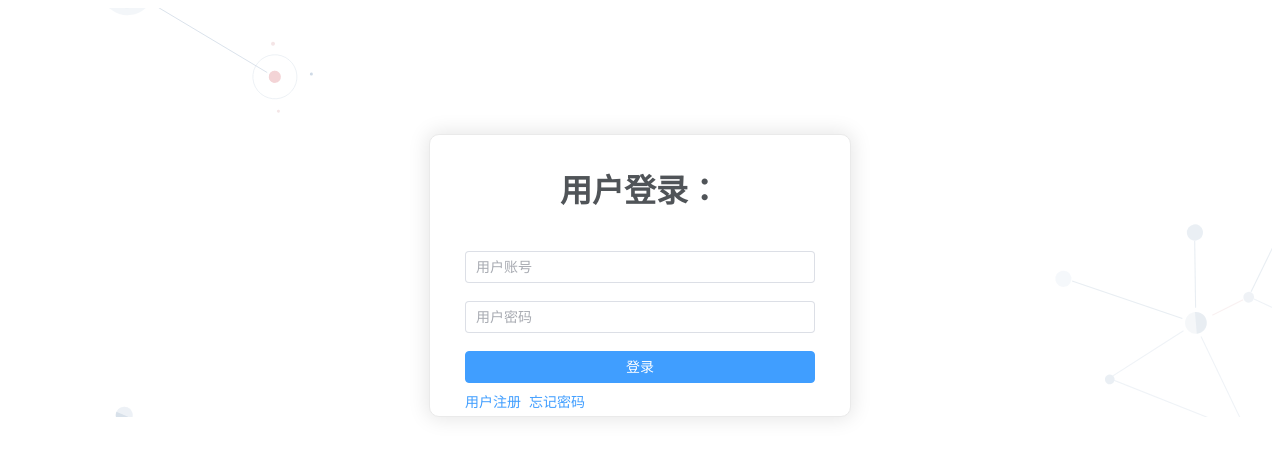
Repository: keyhhh/allinthememoryV1.0
Page: /
The author's editor kept a copy of each file at every save. The page is drawn from the files as they stood at one save, then again after a run of saves.
The browser window is 1280 px wide. The pictures show the whole page.
The project was rebuilt for these pictures with package versions that can differ from the ones it lists, and the page was loaded fresh each time. Also part of the build but not shown: vue.config.js, src/components/home/homeLeft/HomeSearch.vue, src/components/common/BackToTop.vue, src/components/home/homeLeft/HomeLeft.vue, src/components/home/homeCenter/HomeCenterCenter.vue, src/components/home/homeCenter/HomeCenter.vue, src/components/home/homeRight/HomeButtonLink.vue, src/components/home/homeRight/HomeRight.vue and 12 more. Imported but missing from the stored project, and not drawn on this page: src/components/home/homeCenter/《你从未离去》.mp4.

Above is the page before, as saved 2023-05-02 16:06:43.

### src/main.js
import { createApp } from 'vue'
import App from './App.vue'
import router from './router'
import store from './store'
//dadadaddada
import Antd from 'ant-design-vue';
// import 'ant-design-vue/dist/antd.css';

// import ViewUIPlus from 'view-ui-plus'
// import 'view-ui-plus/dist/styles/viewuiplus.css'
// .use(ViewUIPlus)

import ElementPlus from 'element-plus'
import 'element-plus/dist/index.css'
// .use(ElementPlus)



createApp(App).use(ElementPlus).use(Antd).use(store).use(router).mount('#app')

### src/App.vue
<template>
  <div>
    <router-view />
  </div>
</template>

<script>
// import { test } from "@/axios/home";

import { reactive } from "vue";

export default {
  setup() {
    let result = reactive([]);

    // test().then((res) => {
    //   console.log("@@@@@@@@@res.data.data=", res.data.data);
    //   console.log("@@@@@@@@@res.data=", res.data);
    //   console.log("@@@@@@@@@res=", res);
    //   result.push(res.data)
    // });

    return { result };
  },
  mounted() {

  },
};
</script>



<style>
</style>

### src/router/index.js
//createWebHashHistory：代表着使用hash模式，，，，createWebHistory：history模式
import { createRouter, createWebHistory } from 'vue-router'

import LoginView from '../views/LoginView.vue'//登录
import RegisterView from '../views/RegisterView.vue'//注册
import HomeView from '../views/HomeView.vue'
import PublicView from '../views/PublicView.vue'
import HelpView from '../views/HelpView.vue'
import CapsuleView from '../views/CapsuleView.vue'
import CollectivityView from '../views/CollectivityView.vue'

import HelpCenter from '../components/help/helpCenter/HelpCenter.vue' //全部求助
import HelpDatailMsg from '../components/help/helpCenter/HelpDatailMsg.vue'//求助内容详情

import CapsuleCenterList from '../components/capsule/capsuleCenter/CapsuleCenterList.vue' //centerAll
import CapsuleLeftDefault from '../components/capsule/capsuleLeft/CapsuleLeftDefault.vue' //left default
import CapsuleOpenedMsg from '../components/capsule/capsuleCenter/CapsuleOpenedMsg.vue' //centerOne
import CapsuleLeftExplicit from '../components/capsule/capsuleLeft/CapsuleLeftExplicit.vue' //left explicit

import CollectivityMain from '../components/collectivity/CollectivityMain.vue'
import collectivityDetail from '../components/collectivity/CollectivityDetail.vue'
const routes = [
  {// 登录
    path: '/',
    name: 'login',
    component: LoginView,
    meta: { requireAuthToLogin: true }
  },
  {// 注册
    path: '/register',
    name: 'register',
    component: RegisterView,
    meta: { requireAuth: true }
  },


  {// 主界面路由,我的记录界面
    path: '/home',
    name: 'home',
    component: HomeView,
    meta: { requireAuth: true }
  },

  {// 公开记录界面
    path: '/public',
    name: 'public',
    component: PublicView,
    meta: { requireAuth: true }
  },

  {// 求助信息界面路由
    path: '/help',
    name: 'help',
    // component: () => import(/* webpackChunkName: "help" */ '../views/HelpView.vue'),
    component: HelpView,
    meta: { requireAuth: true },
    children: [
      {
        path: '',
        name: 'helpAll',
        component: HelpCenter,
        meta: { requireAuth: true }
      },
      {
        path: 'detail',
        name: 'helpDetail',
        component: HelpDatailMsg,
        meta: { requireAuth: true }
      }
    ]
  },

  {// 记忆胶囊界面路由
    /*
      capsuleLeft: CapsuleLeftDefault,
      capsuleCenter: CapsuleCenterList
      */
    path: '/capsule',
    name: 'capsule',
    component: CapsuleView,
    meta: { requireAuth: true },
    children: [
      {
        path: '',
        name: 'capsuleAll',
        components: {
          capsuleLeft: CapsuleLeftDefault,
          capsuleCenter: CapsuleCenterList,
          meta: { requireAuth: true }
        }
      },
      {
        path: 'detail',
        name: 'capsuleDetail',
        components: {
          capsuleLeft: CapsuleLeftExplicit,
          capsuleCenter: CapsuleOpenedMsg,
          meta: { requireAuth: true }
        }
      }
    ]
  },

  {//集体记忆界面路由
    path: '/collectivity',
    name: 'collectivity',
    component: CollectivityView,
    meta: { requireAuth: true },
    children: [
      {
        path: '',
        name: 'CollectivityAll',
        component: CollectivityMain,
        meta: { requireAuth: true }
      },
      {
        path: 'detail',
        name: 'CollectivityDetail',
        component: collectivityDetail,
        meta: { requireAuth: true }
      }
    ]
  }
]

const router = createRouter({
  history: createWebHistory(),
  routes
})

router.beforeEach((to, from, next) => {

  /*如果本地 存在 token 则 不允许直接跳转到 登录页面*/
  if (to.meta.requireAuthToLogin) {
    console.log("第二个判断", "from:", from.fullPath, "@", "to:", to.fullPath);
    if (localStorage.getItem('userInfo')) {
      console.log("第二个判断进来了");
      next({
        path: '/home'
      });
    } else {
      // 判断该路由是否需要登录权限
      if (to.meta.requireAuth) {
        //判断本地是否存在access_token
        if (localStorage.getItem('userInfo')) {
          next();
        } else {
          if (to.path === '/' || to.path === '/register') {
            console.log("第一个判断2", "from:", from.fullPath, "@", "to:", to.fullPath);
            next();
          } else {
            console.log("第一个判断3", "from:", from.fullPath, "@", "to:", to.fullPath);
            alert('请先进行登录！')
            next({
              path: '/'
            })
          }
        }
      }
      else {
        next();
      }
    }
  }
});


export default router

### src/store/index.js
import { createStore } from 'vuex'

export default createStore({
  state: {
    //登陆用户的数据
    loginUser: {}
  },
  getters: {
  },
  actions: {
    // changeWhichPage(context,value){//用来判断界面右侧出现那三个按钮
    //   context.commit('CHANGEWHICHPAGE',value)
    // }
  },
  mutations: {
    // CHANGEWHICHPAGE(state,value){//用来判断界面右侧出现那三个按钮
    //   state.whichPage = value
    // }
    //存储登录用户的数据
    SetLoginUser(context,value) { context.loginUser = value }


  },

  modules: {
  }
})

### src/views/LoginView.vue

---------------Login.vue----------------
<template>
  <div class="login-wrap">
    <el-form class="login-container">
      <h1 class="title">用户登录：</h1>
      <el-form-item>
        <el-input
          type="text"
          placeholder="用户账号"
          v-model="account"
          autocomplete="off"
        ></el-input>
      </el-form-item>
      <el-form-item>
        <el-input
          type="password"
          placeholder="用户密码"
          v-model="password"
          autocomplete="off"
        ></el-input>
      </el-form-item>
      <el-form-item>
        <el-button type="primary" @click="doLogin" style="width: 100%"
          >登录</el-button
        >
      </el-form-item>
      <el-row style="text-align: center; margin-top: -10px">
        <el-link type="primary" @click="toRegister">用户注册</el-link>
        <el-link type="primary">忘记密码</el-link>
      </el-row>
    </el-form>
  </div>
</template>

<script>
//引入登录api
import { login } from "@/axios/home";

import { useRouter } from "vue-router";
import { useStore } from "vuex";

import { ElMessage } from "element-plus"; //elementui
export default {
  name: "LoginView",
  data: function () {
    return {
      account: "",
      password: "",
      router: useRouter(),
      store: useStore(),
    };
  },
  methods: {
    doLogin: function () {
      let account = this.account;
      let password = this.password;
      let user = {
        account,
        password,
      };
      if (account === "" || password === "") {
        ElMessage.error("请输入");
      } else {
        login(user).then((res) => {
          //账号密码正确，那就把这个用户的关键信息放在vuex中
          if (res.data.code === 1) {
            //第一步：设置localstorage
            const userMessage = res.data.data;
            localStorage.setItem("userInfo", userMessage.userId);
            //第二步：向vuex存储用户数据
            console.log(res.data.data, "-----------------", userMessage),
              this.$store.commit("SetLoginUser", userMessage);
            //第三步：跳转到主界面
            this.router.push({
              path: "/home",
            });
          } else {
            ElMessage.error(res.data.msg);
          }
        });
      }
    },
    toRegister: function () {
      this.$router.push("/register");
    },

  },
};
</script>

<style scoped>
.login-wrap {
  box-sizing: border-box;
  width: 100%;
  height: 100%;
  padding-top: 10%;
  background-image: url(data:[embedded picture, 11926 characters]);
  /* background-color: #112346; */
  background-repeat: no-repeat;
  background-position: center right;
  background-size: 100%;
}

.login-container {
  border-radius: 10px;
  margin: 0px auto;
  width: 350px;
  padding: 30px 35px 15px 35px;
  background: #fff;
  border: 1px solid #eaeaea;
  text-align: left;
  box-shadow: 0 0 20px 2px rgba(0, 0, 0, 0.1);
}

.title {
  margin: 0px auto 40px auto;
  text-align: center;
  color: #505458;
}
</style>

### src/views/RegisterView.vue
---------------Register.vue----------------
<template>
  <div class="login-wrap">
    <el-form class="login-container">
      <h1 class="title">用户注册：</h1>
      <el-form-item>
        <el-input
          type="number"
          placeholder="用户账号"
          v-model="account"
          autocomplete="off"
        ></el-input>
      </el-form-item>
      <el-form-item>
        <el-input
          type="text"
          placeholder="用户名"
          v-model="userName"
          autocomplete="off"
        ></el-input>
      </el-form-item>
      <el-form-item>
        <el-radio-group v-model="gender">
          <el-radio :label="true" size="large">男</el-radio>
          <el-radio :label="false" size="large">女</el-radio>
        </el-radio-group>
      </el-form-item>
      <el-form-item>
        <el-input
          type="password"
          placeholder="用户密码"
          v-model="password"
          autocomplete="off"
        ></el-input>
      </el-form-item>
      <el-form-item>
        <el-input
          type="password"
          placeholder="确认密码"
          v-model="password1"
          autocomplete="off"
        ></el-input>
      </el-form-item>
      <el-form-item>
        <el-button type="primary" @click="doRegister" style="width: 48%"
          >注册</el-button
        >
        <el-button type="primary" @click="toLogin" style="width: 48%"
          >返回登录</el-button
        >
      </el-form-item>
    </el-form>
  </div>
</template>

<script>
import { useRouter } from "vue-router";
import { useStore } from "vuex";

import { register } from "@/axios/home"; //引入api

import { ElMessage } from "element-plus"; //elementui
export default {
  name: "RegisterView",
  data: function () {
    return {
      account: "",
      userName: "",
      password: "",
      password1: "",
      router: useRouter(),
      store: useStore(),
      gender: true, //true是男、false是女
    };
  },
  methods: {
    doRegister: function () {
      let account = this.account;
      let userName = this.userName;
      let gender = this.gender;
      let password = this.password;
      let password1 = this.password1;
      let user = {
        account,
        userName,
        gender,
        password,
      };
      let regAccount = /^[0-9]{6,12}$/; //正则表达式，6-12位数字
      let regPassword = /^(?=.*[A-Z])(?=.*[a-z])(?=.*\d)[A-Za-z\d]{8,16}$/; //密码长度8-16个字符，至少各一个大、小写字母，一个数字
      //第一步：判断是否输入空值
      if (
        account === "" ||
        password === "" ||
        password1 === "" ||
        userName === ""
      ) {
        ElMessage.error("请输入");
      }
      //第二步：检测用户名密码是否合法
      else if (!regAccount.test(account)) {
        ElMessage.error("用户名为6-12位数字");
      } else if (!regPassword.test(password)) {
        ElMessage.error("密码长度8-16个字符，至少各一个大、小写字母，一个数字");
      }
      //第三步：判断两次密码一致不
      else if (password != password1) {
        ElMessage.error("两次密码不一致");
      }
      //第三步：检测账号
      register(user).then((res) => {
        if (res.data.code) {
          console.log("6");
        }
      });
    },
    toLogin: function () {
      this.$router.push("/");
    },
  },
};
</script>

<style>
.login-wrap {
  box-sizing: border-box;
  width: 100%;
  height: 100%;
  padding-top: 10%;
  background-image: url(data:[embedded picture, 11926 characters]);
  /* background-color: #112346; */
  background-repeat: no-repeat;
  background-position: center right;
  background-size: 100%;
}

.login-container {
  border-radius: 10px;
  margin: 0px auto;
  width: 350px;
  padding: 30px 35px 15px 35px;
  background: #fff;
  border: 1px solid #eaeaea;
  text-align: left;
  box-shadow: 0 0 20px 2px rgba(0, 0, 0, 0.1);
}

.title {
  margin: 0px auto 40px auto;
  text-align: center;
  color: #505458;
}
</style>

### src/views/HomeView.vue
<template>
  <el-row :gutter="20">
    <!-- /**home-left
       span:栅格占据的列数
       */ -->
    <el-col :span="4" id="home-left">
      <!-- <div class="grid-content ep-bg-purple" /> -->
      <HomeLeft id="home-left-search" />
    </el-col>

    <!-- /**home-center */ -->
    <el-col :span="15" id="home-center">
      <!-- <div class="grid-content ep-bg-purple" /> -->
      <HomeCenter />
    </el-col>

    <!-- /**home-rignt */ -->
    <el-col :span="5" id="home-right" style="padding:0">
      <!-- <div class="grid-content ep-bg-purple" /> -->
      <HomeRight />
    </el-col>
  </el-row>
</template>

<script >
/**left */
import HomeLeft from "../components/home/homeLeft/HomeLeft.vue";

/**center */
import HomeCenter from "../components/home/homeCenter/HomeCenter.vue";

/**right */
import HomeRight from "../components/home/homeRight/HomeRight.vue";

// import { defineComponent, ref } from "vue";
// import { useStore } from 'vuex'
export default {
  name: "HomeView",
  components: {
    HomeLeft,
    HomeCenter,
    HomeRight,
  },
  setup(){
    // const store = useStore()
    // store.dispatch('changeWhichPage',0)
  }
};
</script>

<style>

.el-row {
  margin-bottom: 20px;
  /* background-color: aqua; */
}
.el-row:last-child {
  margin-bottom: -10px;
  /* background-color: blue; */
}
.el-col {
  border-radius: 4px;
}

.grid-content {
  border-radius: 4px;
  min-height: 36px;
}

/**home-left */
#home-left {
  background-color: #F5F7FA;
}

/**home-center */
#home-center {
  /* background-color: darkgreen; */
  /* padding-bottom: 60px; */
  margin-bottom: 60px;
}

/**home-right */
#home-right {
  border-left: 1px solid #000;
  background-color:  #dedfe0;
}
</style>

### src/views/PublicView.vue
<template>
  <el-row :gutter="20">
    <!-- /**public-left     span:栅格占据的列数 */ -->
    <el-col :span="4" id="public-left">

     </el-col>

    <!-- /**public-center */ -->
    <el-col :span="15" id="public-center">
      <PublicCenter/>
    </el-col>

    <!-- /**public-rignt */ -->
    <el-col :span="5" id="public-right" style="padding: 0">
      <HomeRight></HomeRight>
    </el-col>
  </el-row>
</template>

<script>
import PublicCenter from "@/components/public/publicCenter/PublicCenter.vue"
import HomeRight from "../components/home/homeRight/HomeRight.vue";
export default {
    name:"PublicView",
    components:{HomeRight, PublicCenter},

}
</script>

<style>
.el-row {
  margin-bottom: 20px;
  /* background-color: aqua; */
}
.el-row:last-child {
  margin-bottom: -10px;
  /* background-color: blue; */
}
.el-col {
  border-radius: 4px;
}

.grid-content {
  border-radius: 4px;
  min-height: 36px;
}

/**public-left */
#public-left {
  background-color: #f5f7fa;
}

/**public-center */
#public-center {
  /* background-color: darkgreen; */
  margin-bottom: 60px;
}

/**public-right */
#public-right {
  border-left: 1px solid #000;
  background-color: #dedfe0;
}
</style>

### src/views/HelpView.vue
<template>
  <el-row :gutter="20">
    <!-- /**help-left
       span:栅格占据的列数
       */ -->
    <el-col :span="4" id="help-left">
      <!-- <div class="grid-content ep-bg-purple" /> -->
      <HelpLeft/>
    </el-col>

    <!-- /**help-center */
        路由显示点击原始求助卡片详细信息
    -->
    <el-col :span="15" id="help-center">
      <router-view/>
    </el-col>

    <!-- /**help-rignt */ -->
    <el-col :span="5" id="help-right"  style="padding:0">
      <HomeRight></HomeRight>
    </el-col>
  </el-row>
</template>

<script>

import HomeRight from "../components/home/homeRight/HomeRight.vue"
// import HelpCenter from "../components/helpCenter/HelpCenter.vue";
import HelpLeft from '@/components/help/helpLeft/HelpLeft.vue'
export default {
  name: "HelpView",
  components: {
    HelpLeft,
    // HelpCenter,
    HomeRight
  },
  setup() {

  },
};
</script>

<style >
.el-row {
  margin-bottom: 20px;
  /* background-color: aqua; */
}
.el-row:last-child {
  margin-bottom: -10px;
  /* background-color: blue; */
}
.el-col {
  border-radius: 4px;
}

.grid-content {
  border-radius: 4px;
  min-height: 36px;
}

/**help-left */
#help-left {
  background-color: #F5F7FA;
}

/**help-center */
#help-center {
  /* background-color: darkgreen; */
  margin-bottom: 60px;
}

/**help-right */
#help-right {
  border-left: 1px solid #000;
  background-color:  #dedfe0;
}
</style>

### src/views/CapsuleView.vue
<template>
  <el-row :gutter="20">
    <!-- /**capsule-left     span:栅格占据的列数 */
    路由显示点击胶囊后信息
    -->
    <el-col :span="4" id="capsule-left">
      <router-view id="capsuleLeft" name="capsuleLeft"></router-view>
     </el-col>

    <!-- /**capsule-center */ -->
    <el-col :span="15" id="capsule-center">
      <router-view id="capsuleCenter" name="capsuleCenter"></router-view>
    </el-col>

    <!-- /**capsule-rignt */ -->
    <el-col :span="5" id="capsule-right" style="padding: 0">
      <HomeRight></HomeRight>
    </el-col>
  </el-row>

</template>

  <script>


import HomeRight from "../components/home/homeRight/HomeRight.vue";
export default {
  name: "CapsuleView",
  components: {  HomeRight },
  setup() {

  },
};
</script>

<style >
.el-row {
  margin-bottom: 20px;
  /* background-color: aqua; */
}
.el-row:last-child {
  margin-bottom: -10px;
  /* background-color: blue; */
}
.el-col {
  border-radius: 4px;
}

.grid-content {
  border-radius: 4px;
  min-height: 36px;
}

/**capsule-left */
#capsule-left {
  background-color: #f5f7fa;
}

/**capsule-center */
#capsule-center {
  /* background-color: darkgreen; */
  margin-bottom: 60px;
}

/**capsule-right */
#capsule-right {
  border-left: 1px solid #000;
  background-color: #dedfe0;
}
</style>

### src/axios/home/index.js
import request from '@/axios/axios.js'

export function login (data) {
    return request({
        url: 'user/login',
        method: 'post',
        data
    })
}
export function register(data){
    return request({
        url: 'user/register',
        method: 'post',
        data
    })
}

### src/axios/axios.js
import axios from 'axios'

//创建axios实例
export default  axios.create({
    //表示公共url部分
    baseURL: 'http://localhost:8081/AIM/',
    //超时
    timeout: 10000,
    //设置Content-type，规定前后端交互使用json
    headers: { 'Content-Type': 'application/json;charset=utf-8' }

})

### src/components/home/homeRight/HomeUserinfo.vue
<template>
  <!-- 头像
    import { UserFilled } from '@element-plus/icons-vue' -->
  <div>
    <el-avatar
      :size="100"
      src="https://cube.elemecdn.com/0/88/03b0d39583f48206768a7534e55bcpng.png"
    />
    <!-- 个人信息 -->
    <div class="user-info">
      <h5>keyh</h5>
      <h5 v-show="hasPhone">1663486xxxx</h5>
      <el-link type="primary" v-show="!hasPhone">绑定电话</el-link><br v-show="!hasPhone"/>
      <h5 v-show="hasEmail">keyh2333@168.com</h5>
      <el-link type="success" v-show="!hasEmail">绑定邮箱</el-link>
    </div>
  </div>

  <!-- 个人信息 -->
</template>

<script>
import { ref } from "vue";
export default {
  setup() {
    const hasPhone = ref(false);
    const hasEmail = ref(false);

    return { hasPhone, hasEmail };
  },
};
</script>

<style >
/* 头像的样式 */
.demo-type {
  display: flex;
}
.demo-type > div {
  flex: 1;
  text-align: center;
}

.demo-type > div:not(:last-child) {
  border-right: 1px solid var(--el-border-color);
}

/* 个人信息去绑定链接的样式- */
.el-link {
  margin-right: 8px;
}
.el-link .el-icon--right.el-icon {
  vertical-align: text-bottom;
}

.user-info{
    text-align:center;
}
.user-info h5 {
  margin-bottom: 0px;
  font-size: 16px;
}
</style>

Loaded but not shown: public/index.html (common file)

After the next 3 saves:
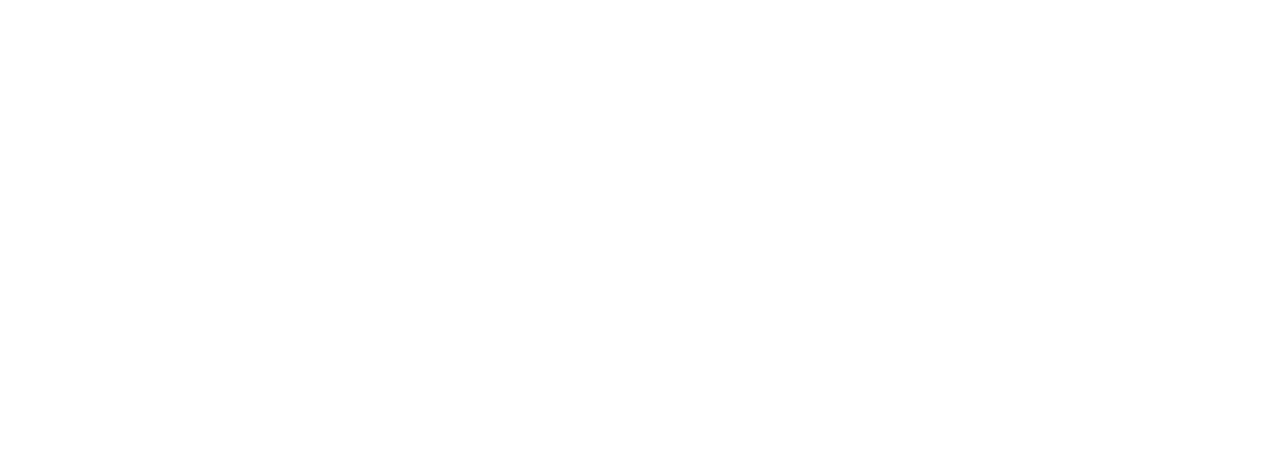
The 3 saves are shown as one change because they came seconds apart.
The last was saved 58 s later.
--- a/src/router/index.js
+++ b/src/router/index.js
@@ -138,28 +138,28 @@
       next({
         path: '/home'
       });
-    } else {
-      // 判断该路由是否需要登录权限
-      if (to.meta.requireAuth) {
-        //判断本地是否存在access_token
-        if (localStorage.getItem('userInfo')) {
+    }
+  } else {
+    // 判断该路由是否需要登录权限
+    if (to.meta.requireAuth) {
+      //判断本地是否存在access_token
+      if (localStorage.getItem('userInfo')) {
+        next();
+      } else {
+        if (to.path === '/' || to.path === '/register') {
+          console.log("第一个判断2", "from:", from.fullPath, "@", "to:", to.fullPath);
           next();
         } else {
-          if (to.path === '/' || to.path === '/register') {
-            console.log("第一个判断2", "from:", from.fullPath, "@", "to:", to.fullPath);
-            next();
-          } else {
-            console.log("第一个判断3", "from:", from.fullPath, "@", "to:", to.fullPath);
-            alert('请先进行登录！')
-            next({
-              path: '/'
-            })
-          }
+          console.log("第一个判断3", "from:", from.fullPath, "@", "to:", to.fullPath);
+          alert('请先进行登录！')
+          next({
+            path: '/'
+          })
         }
       }
-      else {
-        next();
-      }
+    }
+    else {
+      next();
     }
   }
 });

After the 4 saves that followed:
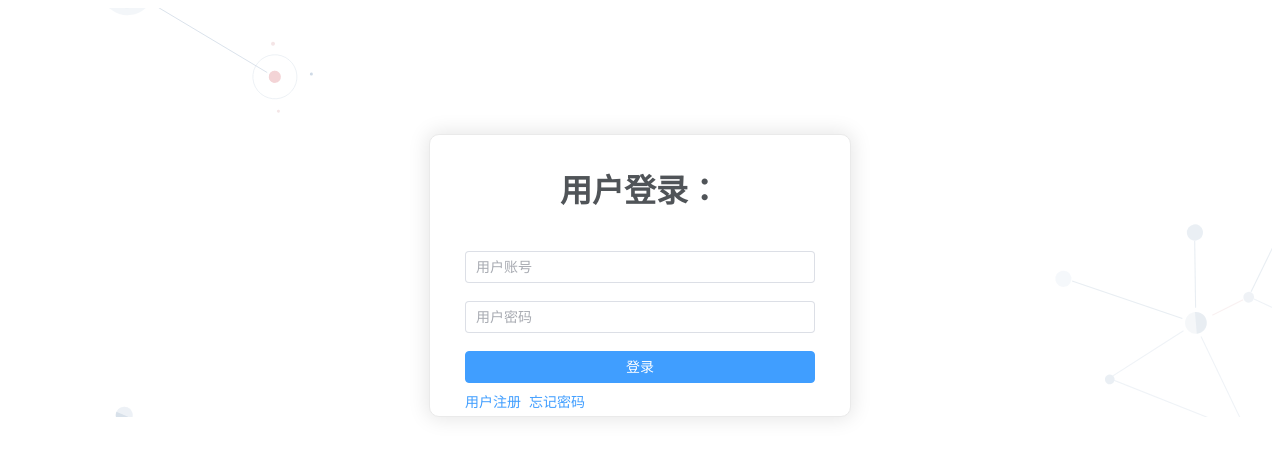
The 4 saves are shown as one change because they came seconds apart.
The last was saved 50 s later.
--- a/src/router/index.js
+++ b/src/router/index.js
@@ -139,6 +139,9 @@
         path: '/home'
       });
     }
+    else{
+      next();
+    }
   } else {
     // 判断该路由是否需要登录权限
     if (to.meta.requireAuth) {
